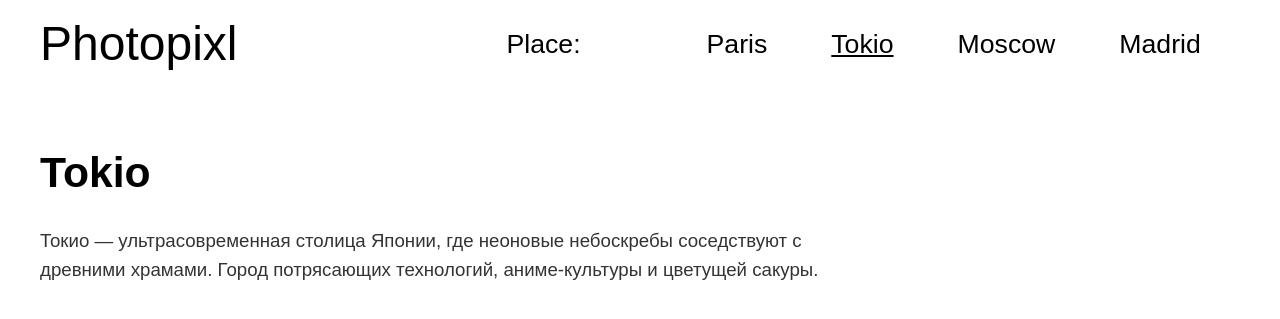
Repository: git-daniil/place-site
Page: tokio.html
These files come from the project's save history. The page is drawn as it stood at one moment and after the next save; the edit follows.
The browser window is 1280 px wide. The pictures show the whole page.
Some web fonts or font styles are not loaded; a fallback is used.

Above is the page before, as saved 2026-05-18 19:55:59.

### tokio.html
<!DOCTYPE html>
<html lang="ru">
<head>
    <meta charset="UTF-8">
    <meta name="viewport" content="width=device-width, initial-scale=1.0">
    <title>Photopixl — Tokio</title>
    <link rel="stylesheet" href="style.css">
</head>
<body>

    <nav class="navbar">
        <a href="index.html" class="logo">Photopixl</a>
        <div class="place-label">Place:</div>
        <div class="nav-links">
            <a href="index.html" class="city-link">Paris</a>
            <a href="tokio.html" class="city-link" style="text-decoration: underline;">Tokio</a>
            <a href="moscow.html" class="city-link">Moscow</a>
            <a href="madrid.html" class="city-link">Madrid</a>
        </div>
    </nav>

    <main class="content-section">
        <h1>Tokio</h1>
        <p>Токио — ультрасовременная столица Японии, где неоновые небоскребы соседствуют с древними храмами. Город потрясающих технологий, аниме-культуры и цветущей сакуры.</p>
    </main>

</body>
</html>

### style.css
@font-face {
    font-family: 'Gilroy-Regular';
    src: local('Gilroy-Regular'), url('fonts/Gilroy-Regular.woff2') format('woff2');
    font-weight: normal;
    font-style: normal;
}
@font-face {
    font-family: 'Seenonim';
    src: local('Seenonim'), url('fonts/Seenonim.woff2') format('woff2');
    font-weight: normal;
    font-style: normal;
}

body {
    margin: 0;
    padding: 0;
    background-color: #ffffff;
    font-family: Arial, sans-serif;
}

.navbar {
    display: flex;
    align-items: center;
    background: none;
    padding: 20px 40px;
}

.logo {
    font-family: 'Gilroy-Regular', sans-serif;
    font-size: 36pt;
    color: #000000;
    line-height: 1;
    text-decoration: none;
}

.place-label {
    font-family: 'Seenonim', sans-serif;
    font-size: 20pt;
    color: #000000;
    margin-left: 269px;
    line-height: 1;
}

.nav-links {
    display: flex;
    margin-left: 126px;
}

.city-link {
    font-family: 'Seenonim', sans-serif;
    font-size: 20pt;
    color: #000000;
    text-decoration: none;
    line-height: 1;
}

.city-link.active {
    color: #8c8c8c;
}

.city-link:not(:last-child) {
    margin-right: 64px;
}

.content-section {
    padding: 60px 40px;
}

.content-section h1 {
    font-size: 32pt;
    margin-top: 0;
    font-family: 'Gilroy-Regular', sans-serif;
}

.content-section p {
    font-size: 14pt;
    color: #333333;
    line-height: 1.6;
    max-width: 800px;
}

After the next save:
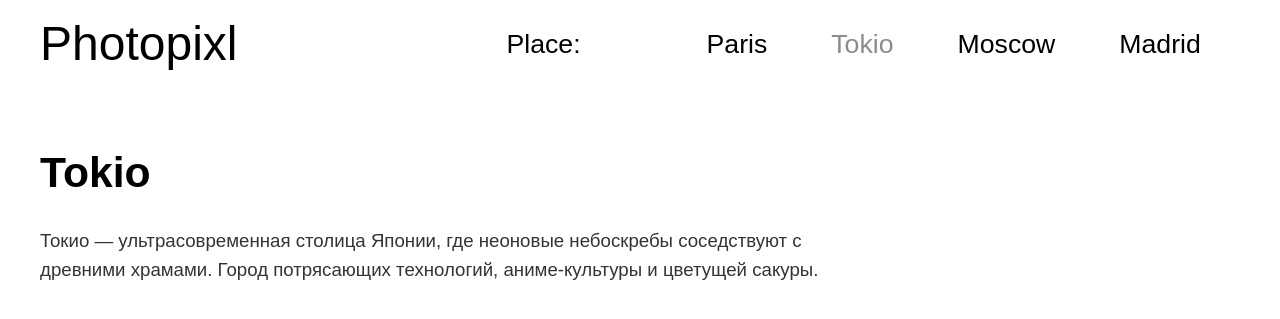
Saved 8 s later.
--- a/tokio.html
+++ b/tokio.html
@@ -13,7 +13,7 @@
         <div class="place-label">Place:</div>
         <div class="nav-links">
             <a href="index.html" class="city-link">Paris</a>
-            <a href="tokio.html" class="city-link" style="text-decoration: underline;">Tokio</a>
+            <a href="tokio.html" class="city-link active">Tokio</a>
             <a href="moscow.html" class="city-link">Moscow</a>
             <a href="madrid.html" class="city-link">Madrid</a>
         </div>
